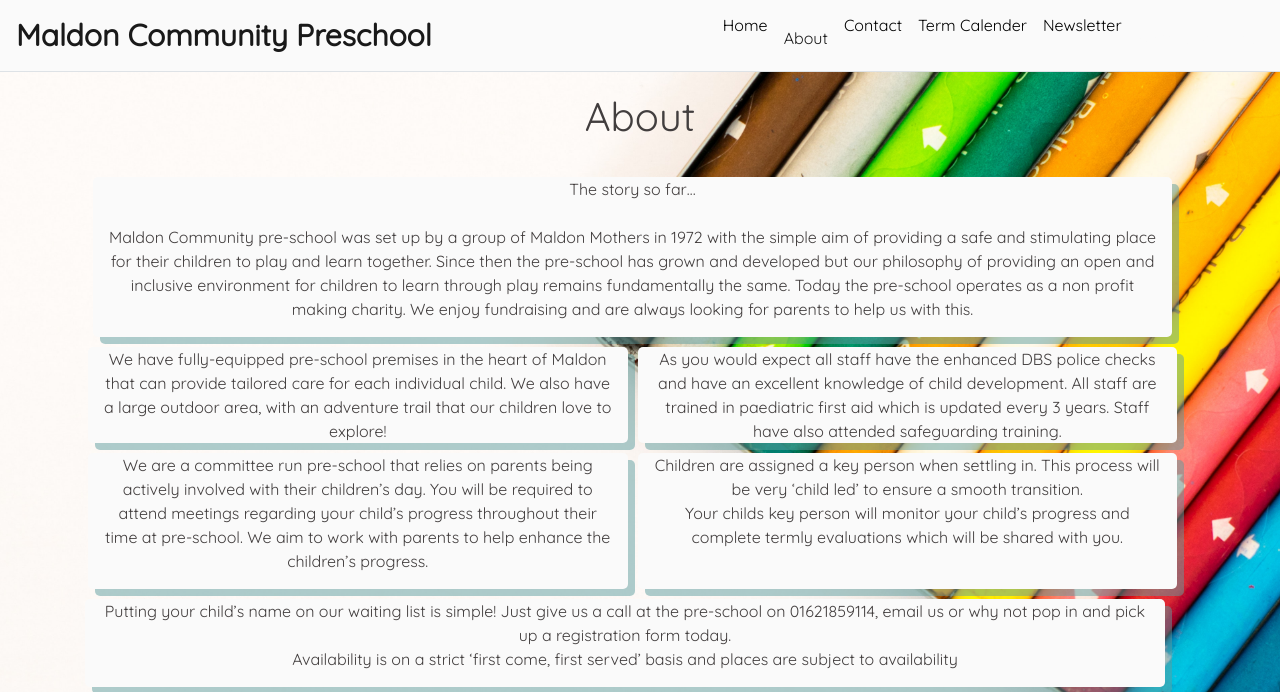
Repository: parkslee/milestone_1
Page: about.html
The author's editor kept a record of every edit. The page is drawn from the files as they stood at one moment, then again after the next edit.
The browser window is 1280 px wide. The pictures show the part of the page from y = 0 to 692 px (the page is 1340 px tall).
Pictures or frames that could not be fetched are drawn as grey boxes. Some web libraries are served in a nearby version.

Above is the page before.

### about.html
<!DOCTYPE html>
<html lang="en">

<head>
    <meta charset="UTF-8">
    <meta name="viewport" content="width=device-width, initial-scale=1.0">
    <meta http-equiv="X-UA-Compatible" content="ie=edge">
    <link rel="stylesheet" href="https://maxcdn.bootstrapcdn.com/bootstrap/4.2.1/css/bootstrap.min.css" type="text/css" />
    <link rel="stylesheet" href="https://maxcdn.bootstrapcdn.com/font-awesome/4.7.0/css/font-awesome.min.css" type="text/css" />
    <link rel="stylesheet" href="https://cdnjs.cloudflare.com/ajax/libs/hover.css/2.1.1/css/hover-min.css" type="text/css" />

    <link rel="stylesheet" href="assets\css\style.css">
    <title>About</title>
</head>

<body class="about-image">
    <!----------------------------------------------------------------navigation-->
    <header>
        <div class="container-fullwidth">
            <nav class="navbar navbar-expand-lg navbar-light bg-light-about border-bottom ">
                <a class="navbar-brand" href="./index.html">Maldon Community Preschool</a>
                <button class="navbar-toggler" type="button" data-toggle="collapse" data-target="#navbarNav" aria-controls="navbarNav" aria-expanded="false" aria-label="Toggle navigation">
                    <span class="navbar-toggler-icon"></span>
                </button>
                <div class="collapse navbar-collapse" id="navbarNav">
                    <ul class="navbar-nav text-center ml-auto">
                        <li class="nav-item">
                            <a class="nav-link-star" href="./index.html">Home </a>
                        </li>
                        <li class="nav-item">
                            <a class="nav-link active" href="./about.html">About<span
                                    class="sr-only">(current)</span></a>
                        </li>
                        <li class="nav-item">
                            <a class="nav-link-star" href="./contact.html">Contact</a>
                        </li>
                        <li class="nav-item">
                            <a class="nav-link-star" href="./calender.html">Term Calender</a>
                        </li>
                        <li class="nav-item">
                            <a class="nav-link-star" href="./newsletter.html">Newsletter</a>
                        </li>
                        <li class="nav-item">
                            <a class="nav-link" href="./updates.html">Recent Updates</a>
                        </li>
                    </ul>
                </div>
            </nav>
        </div>
    </header>


    <div class="about-content">

                <h1>About</h1>
                <br>

        <div class="row justify-content-center">

            <div class="col-sm-12 col-md-10 newsletter-blocks">

                <p>The story so far…
                    <br>
                    <br> Maldon Community pre-school was set up by a group of Maldon Mothers in 1972 with the simple aim of providing a safe and stimulating place for their children to play and learn together. Since then the pre-school has grown and developed
                    but our philosophy of providing an open and inclusive environment for children to learn through play remains fundamentally the same. Today the pre-school operates as a non profit making charity. We enjoy fundraising and are always
                    looking for parents to help us with this.</p>

            </div>

                <div class="col-sm-12 col-md-5 newsletter-blocks">We have fully-equipped pre-school premises in the heart of Maldon that can provide tailored care for each individual child. We also have a large outdoor area, with an adventure trail that our children love to explore!
                </div>

                <div class="col-sm-12 col-md-5 newsletter-blocks">As you would expect all staff have the enhanced DBS police checks and have an excellent knowledge of child development. All staff are trained in paediatric first aid which is updated every 3 years. Staff have also attended safeguarding
                    training.
                </div>




        </div>

        <div class="row justify-content-center">
            <div class="col-sm-12 col-md-5 newsletter-blocks ">
                <p>
                    We are a committee run pre-school that relies on parents being actively involved with their children’s day. You will be required to attend meetings regarding your child’s progress throughout their time at pre-school. We aim to work with parents to help
                    enhance the children’s progress.
                </p>
            </div>
            <div class="col-sm-12 col-md-5 newsletter-blocks ">
                <p>Children are assigned a key person when settling in. This process will be very ‘child led’ to ensure a smooth transition.
                    <br> Your childs key person will monitor your child’s progress and complete termly evaluations which will be shared with you.</p>

            </div>
            <div class="row justify-content-center">
                <div class="col-sm-12 col-md-10 newsletter-blocks ">
                    <p>
                        Putting your child’s name on our waiting list is simple! Just give us a call at the pre-school on 01621859114, email us or why not pop in and pick up a registration form today.
                        <br> Availability is on a strict ‘first come, first served’ basis and places are subject to availability
                    </p>
                </div>
            </div>
        </div>





        <!------------Embeded google map-------------->
        <div class="Map">
            <iframe src="https://www.google.com/maps/embed?pb=!1m18!1m12!1m3!1d2471.2500818795147!2d0.6814127151896718!3d51.728461079672066!2m3!1f0!2f0!3f0!3m2!1i1024!2i768!4f13.1!3m3!1m2!1s0x47d8e126a0f09c29%3A0xe55033600089c419!2sMaldon%20Community%20Pre-school!5e0!3m2!1sen!2suk!4v1570910722496!5m2!1sen!2suk"
                width="100%" height="450" frameborder="0" style="border:0;" allowfullscreen=""></iframe>
        </div>
        <!----inline style change as such a small snippet to change--->
        <p style="color:#fafafa;">
            Wantz Chase, Maldon CM9 5DN
            <br> 01621 859114
        </p>
    </div>
    </div>






    <!---------------------------first footer only displayed on desktop view-------------------->
    <!------https://medium.com/wdstack/bootstrap-4-hidden-visible-dd969a4c5854 tutorial for display properties bootstrap---->
    <div class="container">
        <footer class="d-none d-md-block">



            <div id="footer-details" class="row">
                <div class="col-sm-4">
                    <p class="inline-block charity" style="color:#fafafa;">
                        © 2019. Maldon Community Pre-School. All rights reserved. Registered Charity Number: 1130470 </p>
                </div>

                <div class="col-sm-4 ml-auto">
                    <ul class="list-inline social-links">
                        <li class="list-inline-item">
                            <a target="_blank" href="https://facebook.com">
                                    <i class="fa fa-facebook" aria-hidden="true"></i>
                                    <span class="sr-only">Facebook</span>
                                </a>
                        </li>
                        <li class="list-inline-item">
                            <a target="_blank" href="https://twitter.com">
                                    <i class="fa fa-twitter" aria-hidden="true"></i>
                                    <span class="sr-only">Twitter</span>
                                </a>
                        </li>
                        <li class="list-inline-item">
                            <a target="_blank" href="https://instagram.com">
                                    <i class="fa fa-instagram" aria-hidden="true"></i>
                                    <span class="sr-only">Instagram</span>
                                </a>
                        </li>
                        <li class="list-inline-item">
                            <a target="_blank" href="https://youtube.com">
                                    <i class="fa fa-youtube" aria-hidden="true"></i>
                                    <span class="sr-only">YouTube</span>
                                </a>
                        </li>
                    </ul>
                </div>
            </div>
        </footer>
    </div>



    <!----second footer for mobile view (charity number hidden as to cluttered on mobile view)  -->
    <!------https://medium.com/wdstack/bootstrap-4-hidden-visible-dd969a4c5854 tutorial for display properties bootstrap---->
    <footer class="d-md-none">
        <div id="footer-mobile">
            <ul class="list-inline social-links">
                <li class="list-inline-item">
                    <a target="_blank" href="https://facebook.com">
                            <i class="fa fa-facebook" aria-hidden="true"></i>
                            <span class="sr-only">Facebook</span>
                        </a>
                </li>
                <li class="list-inline-item">
                    <a target="_blank" href="https://instagram.com">
                            <i class="fa fa-instagram" aria-hidden="true"></i>
                            <span class="sr-only">Instagram</span>
                        </a>
                </li>
                <li class="list-inline-item">
                    <a target="_blank" href="https://youtube.com">
                            <i class="fa fa-youtube" aria-hidden="true"></i>
                            <span class="sr-only">YouTube</span>
                        </a>
                </li>
            </ul>
        </div>
    </footer>


    <script src="https://code.jquery.com/jquery-3.3.1.slim.min.js" integrity="sha384-q8i/X+965DzO0rT7abK41JStQIAqVgRVzpbzo5smXKp4YfRvH+8abtTE1Pi6jizo" crossorigin="anonymous"></script>
    <script src="https://cdnjs.cloudflare.com/ajax/libs/popper.js/1.14.7/umd/popper.min.js" integrity="sha384-UO2eT0CpHqdSJQ6hJty5KVphtPhzWj9WO1clHTMGa3JDZwrnQq4sF86dIHNDz0W1" crossorigin="anonymous"></script>
    <script src="https://stackpath.bootstrapcdn.com/bootstrap/4.3.1/js/bootstrap.min.js" integrity="sha384-JjSmVgyd0p3pXB1rRibZUAYoIIy6OrQ6VrjIEaFf/nJGzIxFDsf4x0xIM+B07jRM" crossorigin="anonymous"></script>
</body>

</html>

### assets/css/style.css
@import url('https://fonts.googleapis.com/css?family=Quicksand&display=swap');

body {
    font-family: 'Quicksand', sans-serif;
}

/*---------------------------------------------------------index.html---------------*/

.bgimage {
    background-image: url(../images/home-bg2.jpg);
    background-size: cover;
    height: 100vh;
    background-repeat: no-repeat;
}

.navbar-nav .nav-link {
    margin-top: 5px;

}

.navbar-brand{
    font-weight: bold;
    font-size:20px;
}

.navbar-light .navbar-nav .nav-link {
    color: #fafafa;
}

.bg-light-index {
background-color: rgb(147, 124, 203) !important;
}


.bg-light {
    background-color: rgb(255, 255, 255, 0.0) !important;
}

.jumbotron {
    margin: 5% 5%;
    box-shadow: 10px 10px rgb(95, 158, 160, 0.5);
    background-color: rgb(255, 240, 245, 0.8);
}



.btn-primary {
    color: #fafafa;
    background-color: #866ecd;
    border-color: #866ccd;
}

.btn-primary:hover {

    background-color: #ffc107;
    border-color: #ffc107;
}

.newsletter {
    background-color: #fafafa;
    position: relative;
    color: #423e3e;
    margin-bottom: 20px;
box-shadow: 10px 10px rgb(95, 158, 160, 0.5);
    padding: 30px;
    border-radius: 10px;

}

.newsletter h1 {
    padding-top: 5px;
    text-align: center;
}

.updates-index {
    background-color: rgb(95, 158, 160);
    color: #423e3e;
    margin-bottom: 20px;
    border-radius: 10px;
    padding: 50px;
    box-shadow: 10px 10px rgb(255, 255, 255, 0.5);
}

.updates-index h1 {
    text-align: center;
}


/*-------------------------------------------------------footer------------*/

.social-links {
    padding-bottom: 0px;
}

.social-links li a i {
    width: 42px;
    height: 42px;
    padding: 12px 0;
    border-radius: 50%;
    font-size: 21px;
    line-height: 19px;
    text-align: center;
    color: #fafafa;
    background: cadetblue;
    transition: all 0.35s ease-in-out;

}

.social-links li a i:hover {
    background: #dc3545;
}

#footer-details {
    padding: 20px;
    background-color: rgb(255, 255, 255, 0.0);
    position: relative;
    left: 0;
    bottom: 0;
}

#footer-mobile {
    padding: 20px;
    background-color: rgb(255, 255, 255, 0.0);
    width: 100%;
    text-align: center;
}

/*---------------------------------------------------------------contact page--------------------*/

.contact-image {
    background-image: url(../images/contact-bg.jpg);
    background-size: cover;
    height: 100%;
    background-repeat: no-repeat;
}

.bg-light-contact{
background-color: rgb(199, 208, 217) !important;
}

form {
    margin: 20px;
}

.form-control {
    background-color: rgb(255, 240, 245, 0.8);
}

.contact-btn {
    background-color: cadetblue;
    border-color: cadetblue;
}

.emergency-contact {
    text-align: center;
    color: #000100;
}

/*------------------------------------------------------------------------- About--------------*/

.about-image {
    background-image: url(../images/about-bg.jpg);
    background-size: cover;
    height: 100%;
    background-repeat: no-repeat;
    background-position: 55%;

}

.about-content {
    text-align: center;
    color: #423e3e;
    margin-top: 20px;

}

.about-header{
    color: rgb(94, 94, 95);
}

.about-nav {
    color: black;
}

/*----------.row style adjusted to stop screen streching------*/
.row{
    margin-right: 0px;
}

.bg-light-about {
background-color: #fafafa !important;

}

/*-----styling added as bootstrap .nav-link class had to be changed to .nav-link-star so i could change the styling
of <a> --------*/

.nav-link-star{
    color: black;
    padding: 8px;
    margin-top: 5px;
}




/*-------------------------------------------------------------------------calender---------------*/

.calender-image {
    background-image: url(../images/pencil_glass.jpg);
    background-size: cover;
    height: 100%;
    background-repeat: no-repeat;
    background-position: 55%;

}

/*------------------------------------------time line--------------------*/

/*-------bootstrap time line - https://bootsnipp.com/snippets/OzQj-------*/

.timeline {
    list-style: none;
    padding: 20px 0 20px;
    position: relative;
}

.timeline:before {
    top: 0;
    bottom: 0;
    position: absolute;
    content: " ";
    width: 3px;
    background-color: #eeeeee;
    left: 50%;
    margin-left: -1.5px;
}

.timeline>li {
    margin-bottom: 20px;
    position: relative;
}

.timeline>li:before,
.timeline>li:after {
    content: " ";
    display: table;
}

.timeline>li:after {
    clear: both;
}

.timeline>li:before,
.timeline>li:after {
    content: " ";
    display: table;
}

.timeline>li:after {
    clear: both;
}

.timeline>li>.timeline-panel {
    width: 46%;
    float: left;
    border: 1px solid #d4d4d4;
    border-radius: 2px;
    padding: 20px;
    background-color: #fafafa;
    position: relative;
    -webkit-box-shadow: 0 1px 6px rgba(0, 0, 0, 0.175);
    box-shadow: 0 1px 6px rgba(0, 0, 0, 0.175);
}

.timeline>li>.timeline-panel:before {
    position: absolute;
    top: 26px;
    right: -15px;
    display: inline-block;
    border-top: 15px solid transparent;
    border-left: 15px solid #ccc;
    border-right: 0 solid #ccc;
    border-bottom: 15px solid transparent;
    content: " ";
}

.timeline>li>.timeline-panel:after {
    position: absolute;
    top: 27px;
    right: -14px;
    display: inline-block;
    border-top: 14px solid transparent;
    border-left: 14px solid #fff;
    border-right: 0 solid #fff;
    border-bottom: 14px solid transparent;
    content: " ";
}

.timeline>li>.timeline-badge {
    color: #fff;
    width: 50px;
    height: 50px;
    line-height: 50px;
    font-size: 1.4em;
    text-align: center;
    position: absolute;
    top: 16px;
    left: 50%;
    margin-left: -25px;
    background-color: #999999;
    z-index: 100;
    border-top-right-radius: 50%;
    border-top-left-radius: 50%;
    border-bottom-right-radius: 50%;
    border-bottom-left-radius: 50%;
}

.timeline>li.timeline-inverted>.timeline-panel {
    float: right;
}

.timeline>li.timeline-inverted>.timeline-panel:before {
    border-left-width: 0;
    border-right-width: 15px;
    left: -15px;
    right: auto;
}

.timeline>li.timeline-inverted>.timeline-panel:after {
    border-left-width: 0;
    border-right-width: 14px;
    left: -14px;
    right: auto;
}

.timeline-badge.primary {
    background-color: #2e6da4 !important;
}

.timeline-badge.success {
    background-color: #3f903f !important;
}

.timeline-badge.warning {
    background-color: #28a745 !important;
}

.timeline-badge.danger {
    background-color: #d9534f !important;
}

.timeline-badge.info {
    background-color: #5bc0de !important;
}

.timeline-title {
    margin-top: 0;
    color: inherit;
}

.timeline-body>p,
.timeline-body>ul {
    margin-bottom: 0;
}

.timeline-body>p+p {
    margin-top: 5px;
}

@media (max-width: 767px) {
    ul.timeline:before {
        left: 40px;
    }

    ul.timeline>li>.timeline-panel {
        width: calc(100% - 90px);
        width: -moz-calc(100% - 90px);
        width: -webkit-calc(100% - 90px);
    }

    ul.timeline>li>.timeline-badge {
        left: 15px;
        margin-left: 0;
        top: 16px;
    }

    ul.timeline>li>.timeline-panel {
        float: right;
    }

    ul.timeline>li>.timeline-panel:before {
        border-left-width: 0;
        border-right-width: 15px;
        left: -15px;
        right: auto;
    }

    ul.timeline>li>.timeline-panel:after {
        border-left-width: 0;
        border-right-width: 14px;
        left: -14px;
        right: auto;
    }
}

/*----------------------------------------------------------------newsletter.html-------------*/

.newsletter-image {
    background-image: url(../images/newsletter-bg.jpg);
    background-size: cover;
    height: 100%;
    background-repeat: no-repeat;
    background-position: 75%;
}



.newsletter-content {
    color: #423e3e;
    padding: 30px;
}

.newsletter-content h1 {
    text-align: center;
}

.newsletter-blocks {
    background-color: #fafafa;
    border-radius: 5px;
    margin: 5px;
    box-shadow: 7px 7px rgb(95, 158, 160, 0.5);

}

.newsletter-opener {
    text-align: center;
    padding: 10px;
}



/*------------------------------------------------------------------updates.html-----------*/

.updates-image {
    background-image: url(../images/crayon-bg.jpg);
    background-size: cover;
    height: 100%;
    background-repeat: no-repeat;
    background-position: 50%;
}

.updates {
    color: #423e3e;

    padding: 30px;
}

.updates h1 {

    text-align: center;
}


.update-blocks {
    background-color: #fafafa;
    border-radius: 5%;
    margin: 5px;
    box-shadow: 7px 7px rgb(95, 158, 160, 0.5);

}


/*------------------------------------------------------------------------- media----------*/

@media only screen and (min-width: 768px) {


    .footer-details {
        position: absolute;
    }

    /*---contact page----*/
    form {
        margin: 50px;
    }

    .contact-image {
        height: 100%;

    }

    .bgimage {

        background-size: cover;
        height: 100%;
        background-repeat: no-repeat;
    }

    .list-inline {
    padding-left: 70px;

}

.navbar-brand{

    font-size:30px;
}



}

After the next edit:
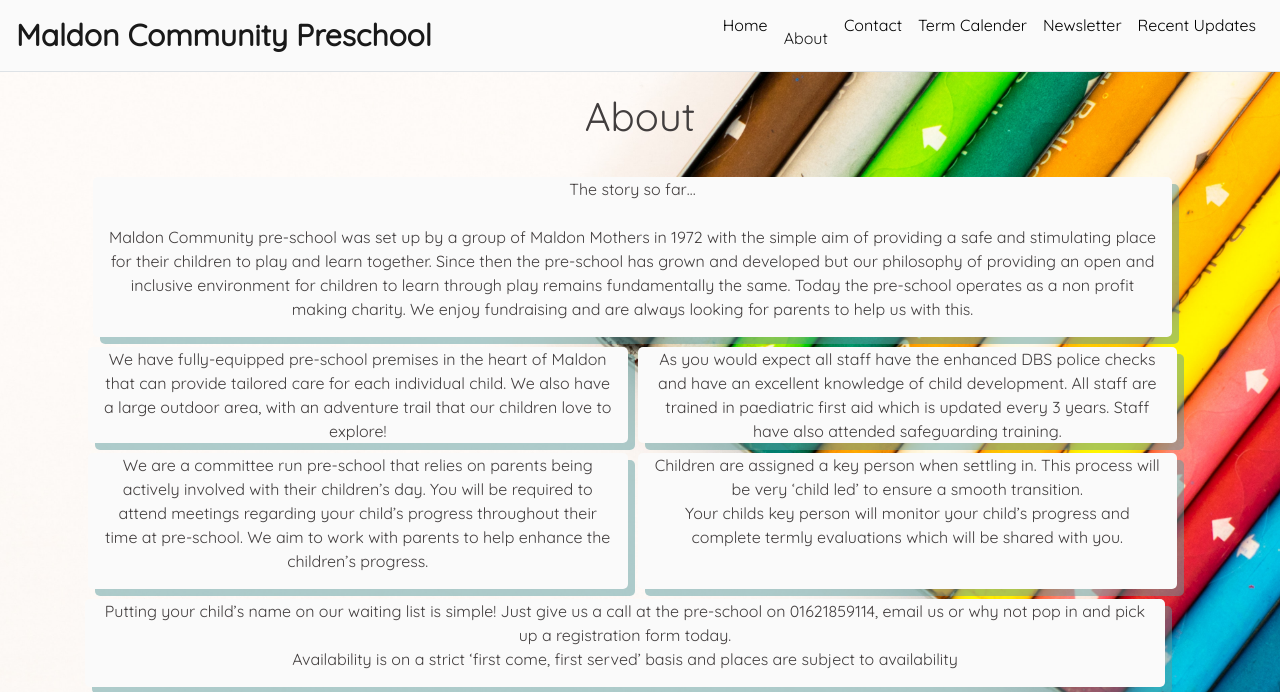
The edit:
--- a/about.html
+++ b/about.html
@@ -41,7 +41,7 @@
                             <a class="nav-link-star" href="./newsletter.html">Newsletter</a>
                         </li>
                         <li class="nav-item">
-                            <a class="nav-link" href="./updates.html">Recent Updates</a>
+                            <a class="nav-link-star" href="./updates.html">Recent Updates</a>
                         </li>
                     </ul>
                 </div>
